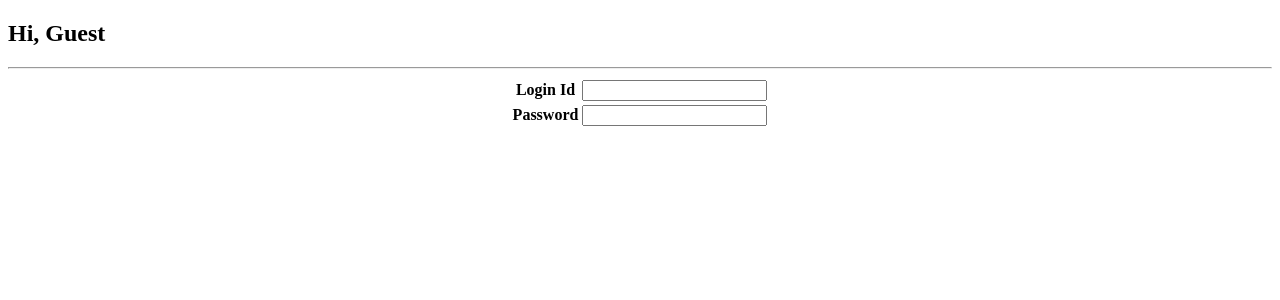
Repository: Ajay12Ajay/Advance_Java
Page: http://localhost/Advance_Web_Project/LoginView.jsp
These files come from the project's save history. The page is drawn as it stood at one moment and after the next save; the edit follows.
The browser window is 1280 px wide. The pictures show the whole page.
The page is served by Tomcat 9. Other server files are loaded and not shown.

Above is the page before, as saved 2025-07-24 09:46:53.

### Advance_Java/Advance_Web_Project/WebContent/LoginView.jsp
<%@ page language="java" contentType="text/html; charset=UTF-8"
	pageEncoding="UTF-8"%>
<!DOCTYPE html>
<html>
<head>
<meta charset="UTF-8">
<title>Insert title here</title>
</head>
<body>
	<%@ include file="Header.jsp"%>
	<hr>
	<div align="center">
		<table>
			<tr>
				<th>Login Id</th>
				<td><input type="text" name="loginId"></td>
			</tr>

			<tr>
				<th>Password</th>
				<td><input type="text" name="password"></td>
			</tr>
		</table>
	</div>

</body>
</html>

### Advance_Java/Advance_Web_Project/WebContent/Header.jsp
<%@ page language="java" contentType="text/html; charset=UTF-8"
	pageEncoding="UTF-8"%>
<!DOCTYPE html>
<html>
<head>
<meta charset="UTF-8">
<title>Insert title here</title>
</head>
<body>

	<div>
		<h2>Hi, Guest</h2>
	</div>

</body>
</html>

After the next save:
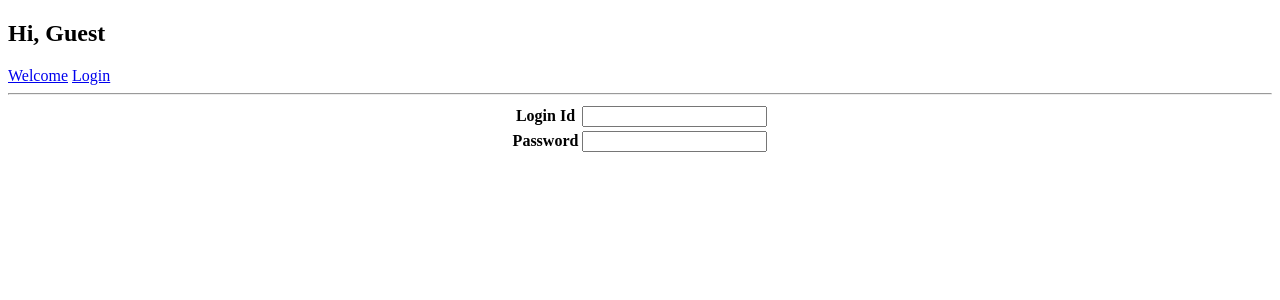
Saved 2 min 0 s later.
--- a/Advance_Java/Advance_Web_Project/WebContent/Header.jsp
+++ b/Advance_Java/Advance_Web_Project/WebContent/Header.jsp
@@ -10,6 +10,8 @@
 
 	<div>
 		<h2>Hi, Guest</h2>
+		<a href="LoginView.jsp">Welcome</a>
+		<a href="LoginView.jsp">Login</a>
 	</div>
 
 </body>
